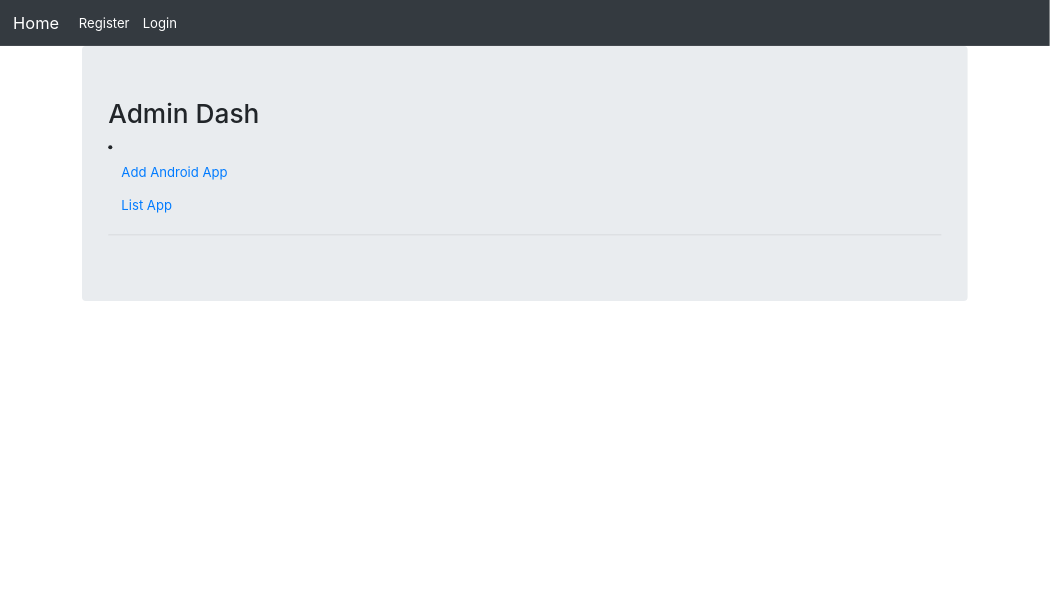
Repository: prabhat8701/nextgrowth_lab_task-main
Page: http://localhost/adminDash/
An editor plug-in stored every save of this project. The page is shown before and after a run of saves, followed by the edit.
The browser window is 1280 px wide. The pictures show the whole page, at 82% of full size.
The page is served by the project's application, run on Django 4.2 (manage.py). Other server files are loaded and not shown.

Above is the page before, as saved 2023-07-31 18:24:38.

### nextgrowAi/SET_2/next_project/templates/gradesApp/adminDash.html
{% extends 'gradesApp/base1.html' %}
{% block body_block %}

<div class="container">
    <div class="jumbotron">
        <h2>Admin Dash</h2>
        <li class="nav-item active">
            <a class="nav-link" href="{% url 'add_android_app' %}">Add Android App</a>
            <a class="nav-link" href="{% url 'app_list' %}">List App</a>
        </li>
        <hr>
    </div>
</div>


{% endblock %}

### nextgrowAi/SET_2/next_project/templates/gradesApp/base1.html
<!DOCTYPE html>
<html lang="en">
<head>
    <meta charset="UTF-8">
    <meta name="viewport" content="width=device-width, initial-scale=1.0">
    <meta http-equiv="X-UA-Compatible" content="ie=edge">
    <title>myGrades</title>
    <link rel="stylesheet" href="https://stackpath.bootstrapcdn.com/bootstrap/4.3.1/css/bootstrap.min.css" integrity="sha384-ggOyR0iXCbMQv3Xipma34MD+dH/1fQ784/j6cY/iJTQUOhcWr7x9JvoRxT2MZw1T" crossorigin="anonymous">
</head>
<body>
    <nav class="navbar navbar-expand-sm navbar-dark bg-dark">
        <a class="navbar-brand" href="{% url 'index' %}">Home</a>
        <button class="navbar-toggler d-lg-none" type="button" data-toggle="collapse" data-target="#collapsibleNavId" aria-controls="collapsibleNavId"
            aria-expanded="false" aria-label="Toggle navigation"></button>
        <div class="collapse navbar-collapse" id="collapsibleNavId">
            <ul class="navbar-nav mr-auto mt-2 mt-lg-0">
                <li class="nav-item active">
                    <!-- <a class="nav-link" href="{% url "admin:index" %}">Admin</a> -->
                </li>
                <li class="nav-item active">
                    <a class="nav-link" href="{% url 'register' %}" role="button">Register</a>

                </li>
                {% if user.is_authenticated %}
                    <!-- <li class="nav-item active">
                        <a class="nav-link" href="{% url 'dashboard' %}">Dashboard</a>

                    </li> -->
                    <li class="nav-item active">
                        <a class="nav-link" href="{% url 'logout' %}">Logout</a>
                    </li>
                {% else %}
                    <li class="nav-item active">

                        <a class="nav-link" href="{% url 'userLogin' %}">Login</a>

                    </li>
                {% endif %}

            </ul>

        </div>
    </nav>


    <div class="container">
        {% block body_block %}


        {% endblock %}
    </div>
</body>
</html>

### nextgrowAi/SET_2/next_project/next_app/views.py
from django.shortcuts import render

# Create your views here.
from django.shortcuts import render

# Create your views here.
from django.shortcuts import render,redirect
from next_app.forms import Admin_User_Form,Common_User_Form,Admin_User_AddForm,Common_User_AddForm,AndroidAppForm
from django.http import HttpResponse,HttpResponseRedirect
from django.contrib.auth.decorators import login_required
from django.urls import reverse
from django.contrib.auth import authenticate,login,logout
from next_app.models import Admin_User,Common_User,AndroidApp
from django.contrib.auth.models import User

# Create your views here.

def index(request):
    return render(request,'gradesApp/index.html')


@login_required
def userLogout(request):
    logout(request)
    return HttpResponseRedirect(reverse('index'))


def register(request):
    return render(request,'gradesApp/register.html')

def registeradmin(request):
    registered=False
    if request.method=='POST':
        var_adminForm=Admin_User_Form(request.POST)
        var_adminAddForm=Admin_User_AddForm(request.POST)
        if var_adminForm.is_valid()and var_adminAddForm.is_valid():
            adminprimary=var_adminForm.save()
            adminprimary.set_password(adminprimary.password)
            adminprimary.save()
            adminAdd=var_adminAddForm.save(commit=False)
            adminAdd.admin_user=adminprimary
            adminAdd.save()
            registered=True
    else:
        var_adminForm=Admin_User_Form()
        var_adminAddForm=Admin_User_AddForm()
    data={
        'var_adminForm':var_adminForm,
        'var_adminAddForm':var_adminAddForm,
        'registered':registered
        }
    return render(request,'gradesApp/registeradmin.html',data)


def registeruser(request):
    registered=False
    if request.method=='POST':
        var_userForm=Common_User_Form(request.POST)
        var_userAddForm=Common_User_AddForm(request.POST)
        if var_userForm.is_valid()and var_userAddForm.is_valid():
            userprimary=var_userForm.save()
            userprimary.set_password(userprimary.password)
            userprimary.save()
            userAdd=var_userAddForm.save(commit=False)
            userAdd.common_user=userprimary
            userAdd.save()
            registered=True
    else:
        var_userForm=Common_User_Form()
        var_userAddForm=Common_User_AddForm()
    data={
        'var_userForm':var_userForm,
        'var_userAddForm':var_userAddForm,
        'registered':registered}
    return render(request,'gradesApp/registeruser.html',data)

def userLogin(request):
    invalidlogin=False
    if request.method=='POST':
        username=request.POST.get('username')
        password=request.POST.get('password')
        user=authenticate(username=username,password=password)
        if user:
            if user.is_active:
                login(request,user)
                return HttpResponseRedirect(reverse('index'))
            else:
                return HttpResponse('Account not active')
        else:
            invalidlogin=True
            return redirect('/gradesApp/login/')
    else:
        return render(request,'gradesApp/login.html',{'invalidlogin':invalidlogin})


# from django.shortcuts import render, redirect
# from .models import Admin_User, Common_User
# from django.contrib.auth.decorators import login_required

@login_required
def dashboard(request):
    print("request",request.user)
    try:
        current=Admin_User.objects.get(admin_user=request.user)
        print("current",current)
        is_admin_user = True
    except Admin_User.DoesNotExist:
        current=Common_User.objects.get(common_user=request.user)
        print("current",current)
        is_admin_user = False

    if is_admin_user:
        return redirect('/adminDash/')
    else:
        return redirect('/userDash/')
    return render(request,'gradesApp/dashboard.html')




from django.shortcuts import render, redirect
from .models import Admin_User, Common_User
from django.contrib.auth.decorators import login_required


# @login_required
# def dashboard(request):
#     print("request", request.user)
#     try:
#         # Try to fetch the Admin_User object for the current user
#         current = Admin_User.objects.get(admin_user=request.user)
#         is_admin_user = True
#     except Admin_User.DoesNotExist:
#         # If Admin_User object is not found, try fetching Common_User object
#         try:
#             current = Common_User.objects.get(common_user=request.user)
#             is_admin_user = False
#         except Common_User.DoesNotExist:
#             # If neither Admin_User nor Common_User object is found, handle the situation here
#             # For example, you might want to redirect to a page showing an error message
#             return render(request, 'gradesApp/error.html')

    # if is_admin_user:
    #     return redirect('/studentDash/')
    # else:
    #     return redirect('/teacherDash/')




def adminDash(request):
    return render(request,'gradesApp/adminDash.html')

def userDash(request):
    return render(request,'gradesApp/userDash.html')

def add_android_app(request):
    if request.method == 'POST':
        print("f1")

        # form = AndroidAppForm(request.POST)
        form = AndroidAppForm(request.POST, request.FILES)
        print("f12")
        if form.is_valid():
            print("f3")
            form.save()
            return redirect('app_list')
    else:
        print("f")
        form = AndroidAppForm()
    return render(request, 'gradesApp/add_android_app.html', {'form': form})

from django.contrib.auth.decorators import login_required

# @login_required
def app_list(request):
    apps = AndroidApp.objects.all()
    return render(request, 'gradesApp/app_list.html', {'apps': apps})

from django.shortcuts import render, get_object_or_404
def app_detail(request, app_id):
    app = get_object_or_404(AndroidApp, id=app_id)
    return render(request, 'gradesApp/app_detail.html', {'app': app})



# views.py

# from django.shortcuts import render, redirect
from .forms import TaskScreenshotForm

def add_task_screenshot(request):
    if request.method == 'POST':
        form = TaskScreenshotForm(request.POST, request.FILES)
        if form.is_valid():
            form.instance.user = request.user  # Assign the current user to the 'user' field
            form.save()
            return redirect('app_list')  # Replace 'app_list' with the URL name of your app list page
    else:
        form = TaskScreenshotForm()
    return render(request, 'gradesApp/add_task.html', {'form': form})  # Replace 'your_template.html' with your desired template name

### nextgrowAi/SET_2/next_project/next_project/urls.py
"""next_project URL Configuration

The `urlpatterns` list routes URLs to views. For more information please see:
    https://docs.djangoproject.com/en/4.1/topics/http/urls/
Examples:
Function views
    1. Add an import:  from my_app import views
    2. Add a URL to urlpatterns:  path('', views.home, name='home')
Class-based views
    1. Add an import:  from other_app.views import Home
    2. Add a URL to urlpatterns:  path('', Home.as_view(), name='home')
Including another URLconf
    1. Import the include() function: from django.urls import include, path
    2. Add a URL to urlpatterns:  path('blog/', include('blog.urls'))
"""
from django.contrib import admin
from django.urls import path,include
from next_app import views
from django.conf import settings
from django.conf.urls.static import static

urlpatterns = [
    path('next_app/',include('next_app.urls')),
    path('',views.index,name='index'),
    path('admin/', admin.site.urls),
    path('logout/',views.userLogout,name='logout'),
    path('adminDash/',views.adminDash,name='adminDash'),
    path('userDash/',views.userDash,name='userDash'),
]
if settings.DEBUG:
    urlpatterns += static(settings.MEDIA_URL, document_root=settings.MEDIA_ROOT)

### nextgrowAi/SET_2/next_project/next_app/urls.py
from django.urls import path
from next_app import views

# app_name='gradesApp'

urlpatterns = [
    path('',views.index,name='index'),
    path('register/',views.register,name='register'),

    path('registeradmin/',views.registeradmin,name='registeradmin'),
    path('registeruser/',views.registeruser,name='registeruser'),

    path('login/',views.userLogin,name='userLogin'),
    path('dashboard',views.dashboard,name='dashboard'),

    path('add_android_app/', views.add_android_app, name='add_android_app'),
    path('app_list/', views.app_list, name='app_list'),
    path('app_detail/<int:app_id>/', views.app_detail, name='app_detail'),
    path('add_task_screenshot/', views.add_task_screenshot, name='add_task_screenshot'),
]

After the next 2 saves:
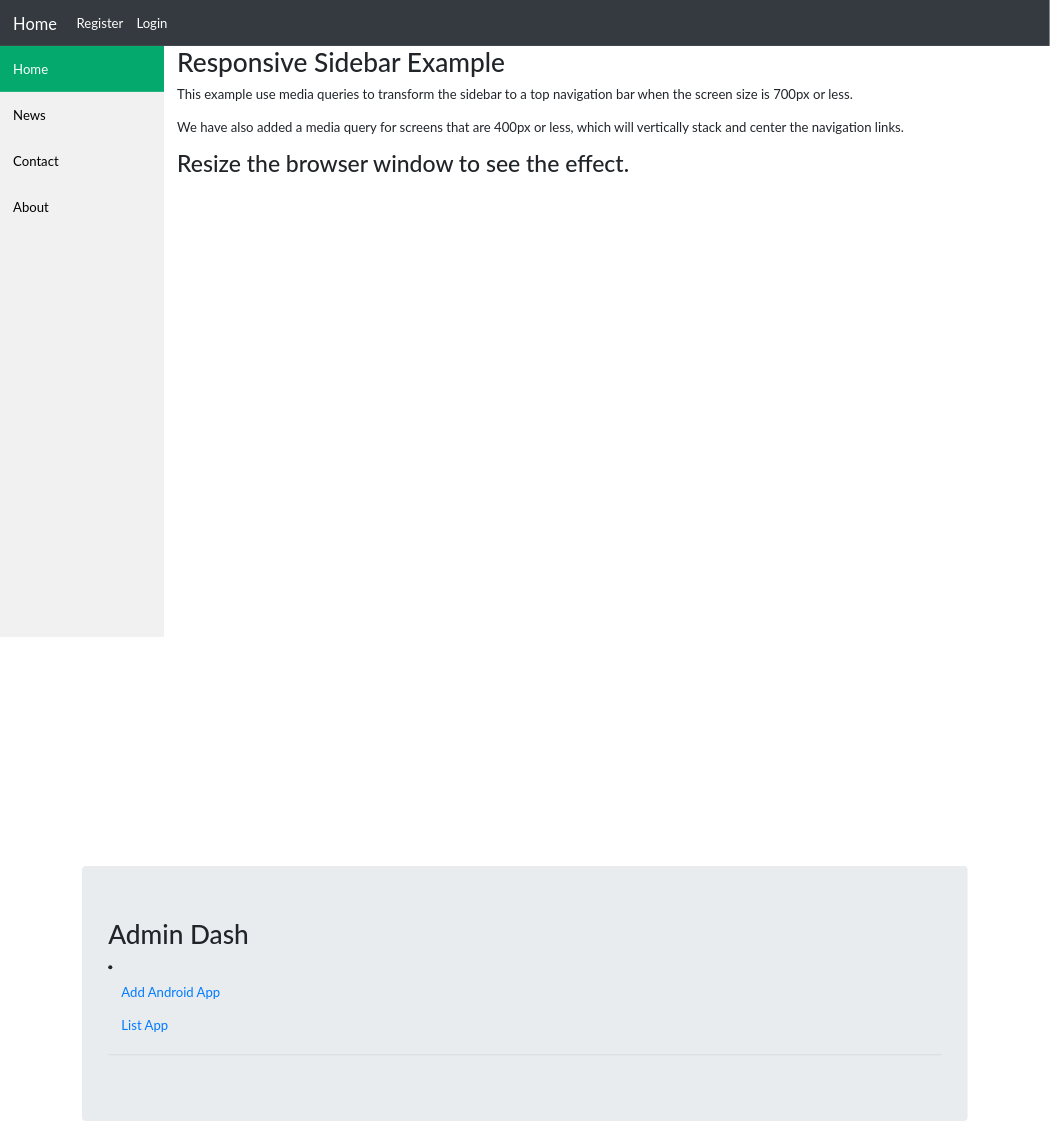
The 2 saves are shown as one change because they came seconds apart.
The last was saved 15 s later.
--- a/nextgrowAi/SET_2/next_project/templates/gradesApp/base1.html
+++ b/nextgrowAi/SET_2/next_project/templates/gradesApp/base1.html
@@ -43,6 +43,91 @@
     </nav>
 
 
+    <!DOCTYPE html>
+<html>
+<head>
+<meta name="viewport" content="width=device-width, initial-scale=1.0">
+<style>
+body {
+  margin: 0;
+  font-family: "Lato", sans-serif;
+}
+
+.sidebar {
+  margin: 0;
+  padding: 0;
+  width: 200px;
+  background-color: #f1f1f1;
+  position: fixed;
+  height: 100%;
+  overflow: auto;
+}
+
+.sidebar a {
+  display: block;
+  color: black;
+  padding: 16px;
+  text-decoration: none;
+}
+
+.sidebar a.active {
+  background-color: #04AA6D;
+  color: white;
+}
+
+.sidebar a:hover:not(.active) {
+  background-color: #555;
+  color: white;
+}
+
+div.content {
+  margin-left: 200px;
+  padding: 1px 16px;
+  height: 1000px;
+}
+
+@media screen and (max-width: 700px) {
+  .sidebar {
+    width: 100%;
+    height: auto;
+    position: relative;
+  }
+  .sidebar a {float: left;}
+  div.content {margin-left: 0;}
+}
+
+@media screen and (max-width: 400px) {
+  .sidebar a {
+    text-align: center;
+    float: none;
+  }
+}
+</style>
+</head>
+<body>
+
+<div class="sidebar">
+  <a class="active" href="#home">Home</a>
+  <a href="#news">News</a>
+  <a href="#contact">Contact</a>
+  <a href="#about">About</a>
+</div>
+
+<div class="content">
+  <h2>Responsive Sidebar Example</h2>
+  <p>This example use media queries to transform the sidebar to a top navigation bar when the screen size is 700px or less.</p>
+  <p>We have also added a media query for screens that are 400px or less, which will vertically stack and center the navigation links.</p>
+  <h3>Resize the browser window to see the effect.</h3>
+</div>
+
+</body>
+
+
+
+
+
+
+
     <div class="container">
         {% block body_block %}
 
